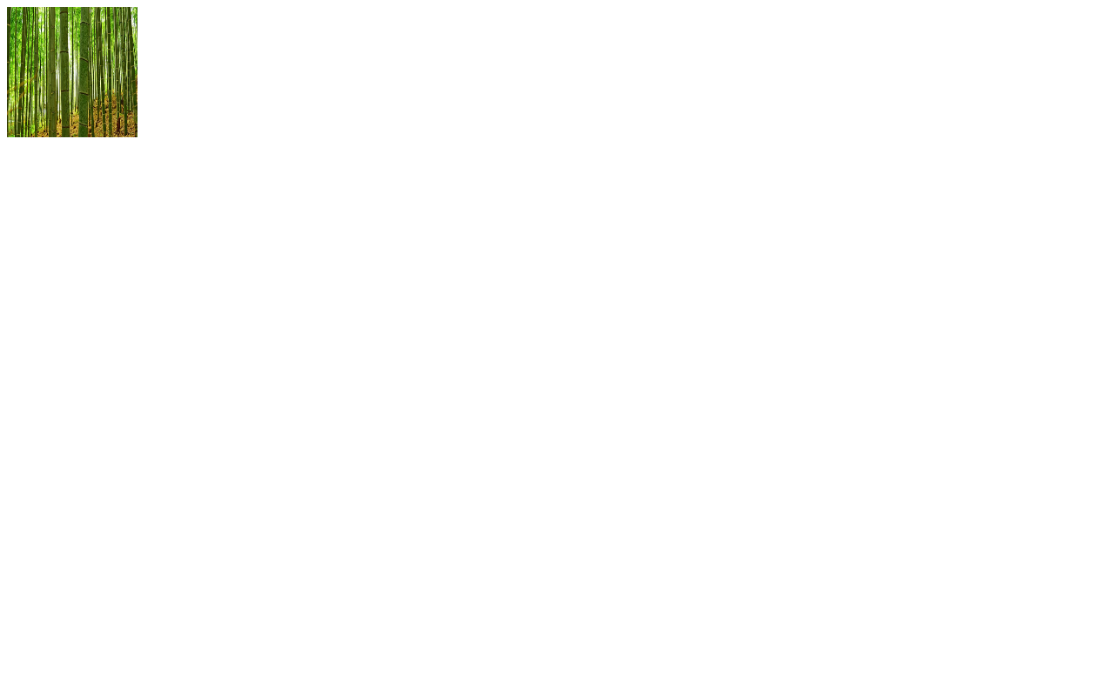
Repository: tanasa-mircea/playground
Page: canvas-filters/index.html
An editor plug-in stored every save of this project. The page is shown before and after the next save, followed by the edit.
The browser window is 1280 px wide. The pictures show the whole page, at 87% of full size.

Above is the page before, as saved 2019-02-08 10:57:08.

### canvas-filters/index.html
<!DOCTYPE html>
<html>
<head>
  <meta charset="utf-8">
  <meta http-equiv="X-UA-Compatible" content="IE=edge">
  <title>Page Title</title>
  <meta name="viewport" content="width=device-width, initial-scale=1">
</head>
<body>
  <canvas id="myCanvas"></canvas>
  <img id="bamboo" src="bamboo.jpg" style="visibility: hidden;">

  <script src="main.js"></script>
</body>
</html>

### canvas-filters/main.js
var config = {
  canvasWidth: 1200,
  canvasHeight: 600
}

var canvas,
    canvasContext,
    image;


function initCanvas() {
  canvas = document.getElementById("myCanvas");
  canvasContext = canvas.getContext("2d");
  image = document.getElementById("bamboo");
  canvasContext.drawImage(image, 0, 0, 150, 180);
}

window.onload = function() {
  initCanvas();
}

After the next save:
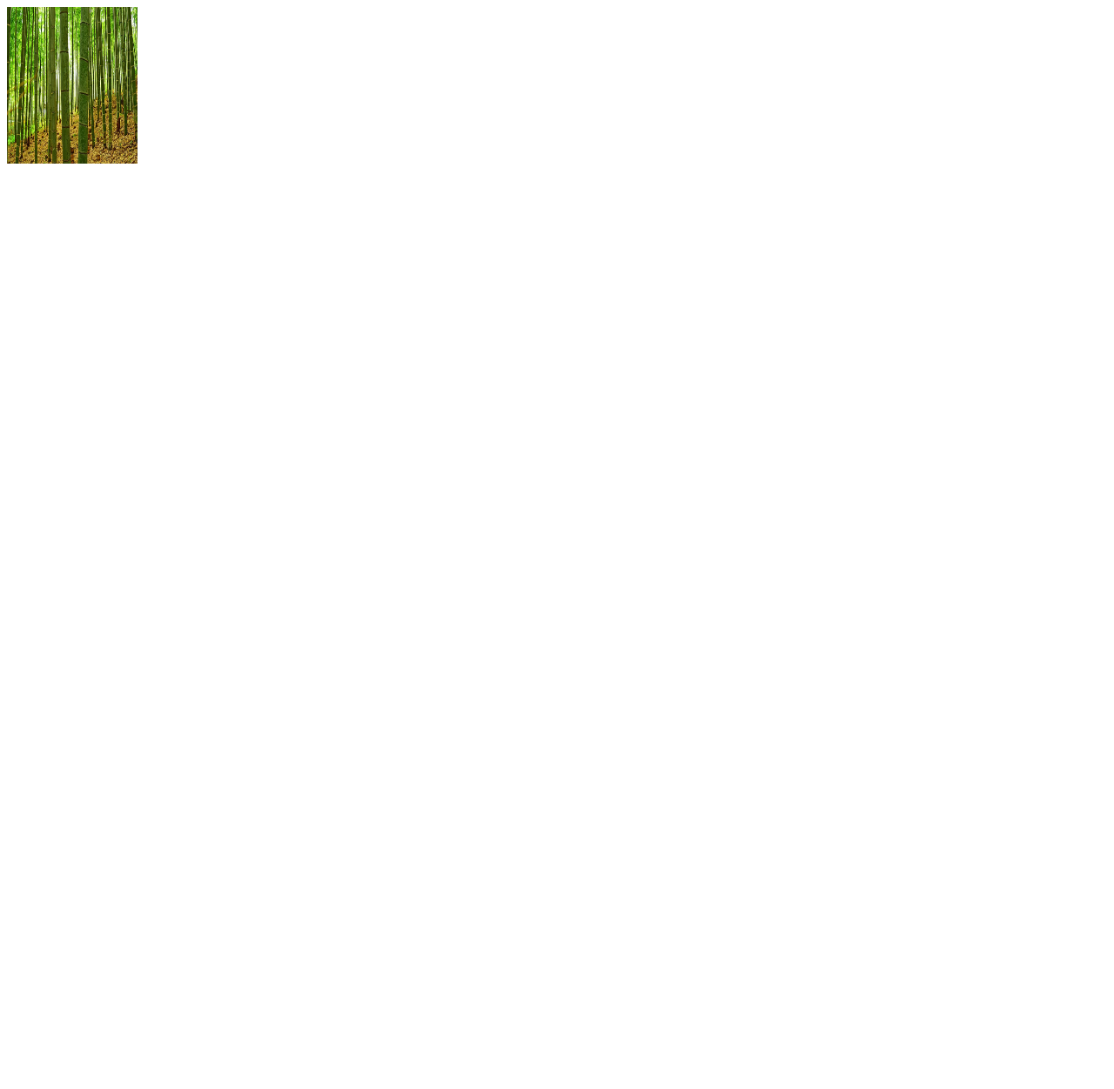
Saved 47 s later.
--- a/canvas-filters/main.js
+++ b/canvas-filters/main.js
@@ -10,6 +10,8 @@ var canvas,
 
 function initCanvas() {
   canvas = document.getElementById("myCanvas");
+  canvas.width = config.canvasWidth;
+  canvas.height = config.canvasHeight;
   canvasContext = canvas.getContext("2d");
   image = document.getElementById("bamboo");
   canvasContext.drawImage(image, 0, 0, 150, 180);
